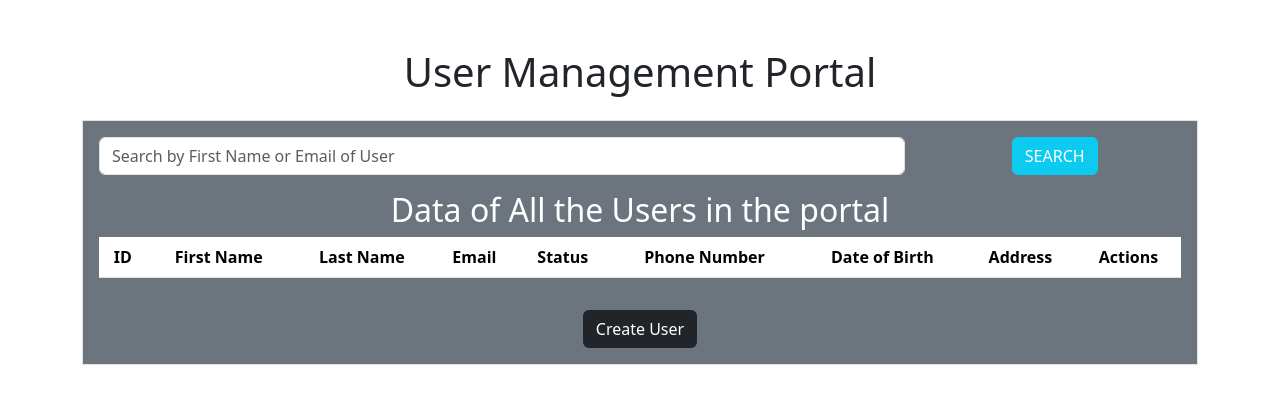
Repository: nairshreejith/reactstudent3
Page: /
These files come from the project's save history. The page is drawn as it stood at one moment and after the next save; the edit follows.
The browser window is 1280 px wide. The pictures show the whole page.
The page's requests for data from a server got no answer. The project was rebuilt for these pictures with package versions that can differ from the ones it lists, and the page was loaded fresh each time. No one was signed in, and anything a server would have sent is missing.

Above is the page before, as saved 2023-09-16 23:45:03.

### src/App.js
import React, { useState, useEffect } from 'react';
import './App.css';
import './custom.css';
import axios from 'axios';

const api = axios.create({
  baseURL: 'http://localhost:8091', // Replace with your server's URL
});

function App() {
  const [users, setUsers] = useState([]);
  const [searchTerm, setSearchTerm] = useState('');
  const [newUser, setNewUser] = useState({
    firstname: '',
    lastname: '',
    email: '',
    status: '',
    phonenumber: '',
    dob: '',
    address: '',
  });
  const [editingUser, setEditingUser] = useState(null);
  const [showCreateForm, setShowCreateForm] = useState(false); // Track whether to display the create user form

  useEffect(() => {
    fetchUsers();
  }, []);

  const fetchUsers = () => {
    api.get(`/api/users`)
      .then((response) => setUsers(response.data))
      .catch((error) => console.error(error));
  };

  const handleSearch = () => {
    api.get(`/api/users/search/${searchTerm}`)
      .then((response) => setUsers(response.data))
      .catch((error) => console.error(error));
  };

  const handleCreateUser = () => {
    api.post('/api/users', newUser)
      .then(() => {
        fetchUsers();
        setNewUser({
          firstname: '',
          lastname: '',
          email: '',
          status: '',
          phonenumber: '',
          dob: '',
          address: '',
        });
        setShowCreateForm(false);
      })
      .catch((error) => console.error(error));
  };

  const handleModifyUser = (id) => {
    // Implement the logic to modify a user's data
    const modifiedUserData = users.find((user) => user.id === id);

    api.put(`/api/users/${id}`, modifiedUserData)
      .then(() => {
        // Refresh user list after modification
        fetchUsers();
        setEditingUser(null); // Clear the editing state
      })
      .catch((error) => console.error(error));
  };

  const handleDeleteUser = (id) => {
    api.delete(`/api/users/${id}`)
      .then(() => {
        fetchUsers();
      })
      .catch((error) => console.error(error));
  };

  return (
    <div className="App container mt-5">
      <h1 className="mb-4">User Management Portal</h1>
      <div className="border bg-secondary text-white p-3 mb-4">
        <div className="mb-3">
          <div className="row">
            <div className="col-md-9">
              <input type="text" className="form-control" placeholder="Search by First Name or Email of User" value={searchTerm} onChange={(e) => setSearchTerm(e.target.value)} />
            </div>
            <div className="col-md-3">
              <button className="btn btn-info text-white" onClick={handleSearch}>SEARCH</button>
            </div>
          </div>
        </div>
        <h2>Data of All the Users in the portal</h2>
        <table className="table table-striped">
          <thead>
            <tr>
              <th>ID</th>
              <th>First Name</th>
              <th>Last Name</th>
              <th>Email</th>
              <th>Status</th>
              <th>Phone Number</th>
              <th>Date of Birth</th>
              <th>Address</th>
              <th>Actions</th>
            </tr>
          </thead>
          <tbody>
            {users.map((user) => (
              <tr key={user.id}>
                <td>{user.id}</td>
                <td>
                  {editingUser === user.id ? (
                    <input
                      type="text"
                      className="form-control"
                      value={user.firstname}
                      onChange={(e) => {
                        const updatedUser = { ...user, firstname: e.target.value };
                        const updatedUsers = [...users];
                        updatedUsers[updatedUsers.findIndex((u) => u.id === user.id)] = updatedUser;
                        setUsers(updatedUsers);
                      }}
                    />
                  ) : (
                    user.firstname
                  )}
                </td>
                {/* Render other user attributes */}
                <td>{user.lastname}</td>
                <td>{user.email}</td>
                <td>{user.status}</td>
                <td>{user.phonenumber}</td>
                <td>{user.dob}</td>
                <td>{user.address}</td>
                <td>
                  {editingUser === user.id ? (
                    <button className="btn btn-success" onClick={() => handleModifyUser(user.id)}>SAVE</button>
                  ) : (
                    <>
                      <button className="btn bg-info mx-3" onClick={() => setEditingUser(user.id)}>UPDATE</button>
                      <button className="btn btn-danger" onClick={() => handleDeleteUser(user.id)}>DELETE</button>
                    </>
                  )}
                </td>
              </tr>
            ))}
          </tbody>
        </table>
        <button className="btn bg-dark text-white mt-3" onClick={() => setShowCreateForm(!showCreateForm)}>
          {showCreateForm ? "CANCEL" : "Create User"}
        </button>
        {showCreateForm && (
          <div class="mt-5">
            <h2>Create New User</h2>
            <div className="row">
              <div className="col-md-12">
                <label htmlFor="firstname">First Name</label>
                <input type="text" id="firstname" className="form-control" placeholder="First Name" value={newUser.firstname} onChange={(e) => setNewUser({ ...newUser, firstname: e.target.value })} />
              </div>
              <div className="col-md-12">
                <label htmlFor="lastname">Last Name</label>
                <input type="text" id="lastname" className="form-control" placeholder="Last Name" value={newUser.lastname} onChange={(e) => setNewUser({ ...newUser, lastname: e.target.value })} />
              </div>
              <div className="col-md-12">
                <label htmlFor="email">Email</label>
                <input type="text" id="email" className="form-control" placeholder="Email" value={newUser.email} onChange={(e) => setNewUser({ ...newUser, email: e.target.value })} />
              </div>
              <div className="col-md-12">
                <label htmlFor="status">Status</label>
                <input type="text" id="status" className="form-control" placeholder="Status" value={newUser.status} onChange={(e) => setNewUser({ ...newUser, status: e.target.value })} />
              </div>
            </div>
            <div className="row">
              <div className="col-md-12">
                <label htmlFor="phonenumber">Phone Number</label>
                <input type="text" id="phonenumber" className="form-control" placeholder="Phone Number" value={newUser.phonenumber} onChange={(e) => setNewUser({ ...newUser, phonenumber: e.target.value })} />
              </div>
              <div className="col-md-12">
                <label htmlFor="dob">Date of Birth</label>
                <input type="text" id="dob" className="form-control" placeholder="Date of Birth" value={newUser.dob} onChange={(e) => setNewUser({ ...newUser, dob: e.target.value })} />
              </div>
              <div className="col-md-12">
                <label htmlFor="address">Address</label>
                <input type="text" id="address" className="form-control" placeholder="Address" value={newUser.address} onChange={(e) => setNewUser({ ...newUser, address: e.target.value })} />
              </div>
              <div className="mb-4 p-3">
                <button className="btn bg-success text-white" onClick={handleCreateUser}>CREATE</button>
              </div>
            </div>
          </div>
        )}
      </div>
    </div>
  );
}

export default App;

### src/App.css
.App {
  text-align: center;

}


.App-logo {
  height: 40vmin;
  pointer-events: none;
}

@media (prefers-reduced-motion: no-preference) {
  .App-logo {
    animation: App-logo-spin infinite 20s linear;
  }
}

.App-header {
  background-color: black;
  min-height: 100vh;
  display: flex;
  flex-direction: column;
  align-items: center;
  justify-content: center;
  font-size: calc(10px + 2vmin);
  color: white;
}

.App-link {
  color: #61dafb;
}

@keyframes App-logo-spin {
  from {
    transform: rotate(0deg);
  }
  to {
    transform: rotate(360deg);
  }
}

### src/custom.css



body {
    background-color: black;
    color: white; /* Set the text color to white */
}

Loaded but not shown: public/index.html (common file); src/index.js (common file); src/reportWebVitals.js (common file); src/index.css (no stored copy; drawn as an empty file)

After the next save:
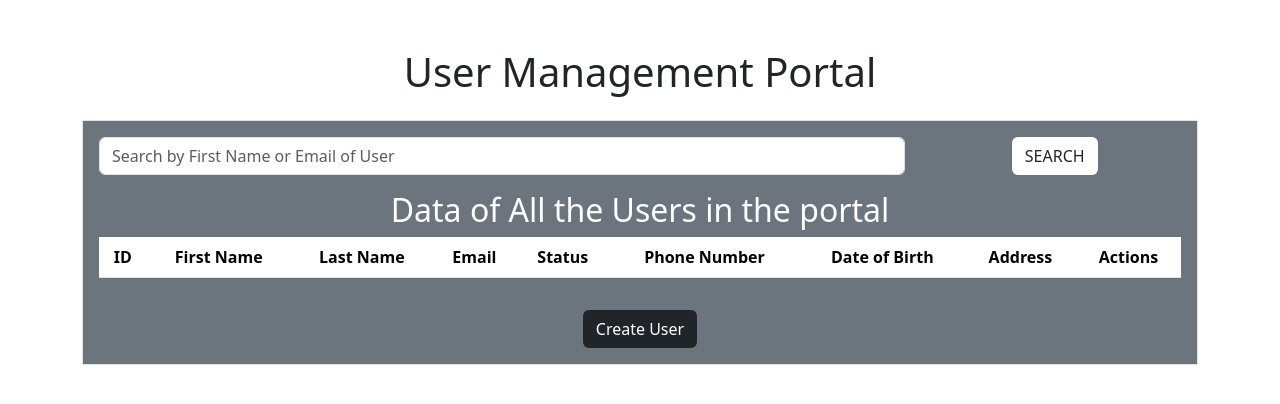
Saved 30 s later.
--- a/src/App.js
+++ b/src/App.js
@@ -87,7 +87,7 @@ function App() {
               <input type="text" className="form-control" placeholder="Search by First Name or Email of User" value={searchTerm} onChange={(e) => setSearchTerm(e.target.value)} />
             </div>
             <div className="col-md-3">
-              <button className="btn btn-info text-white" onClick={handleSearch}>SEARCH</button>
+              <button className="btn bg-white" onClick={handleSearch}>SEARCH</button>
             </div>
           </div>
         </div>
